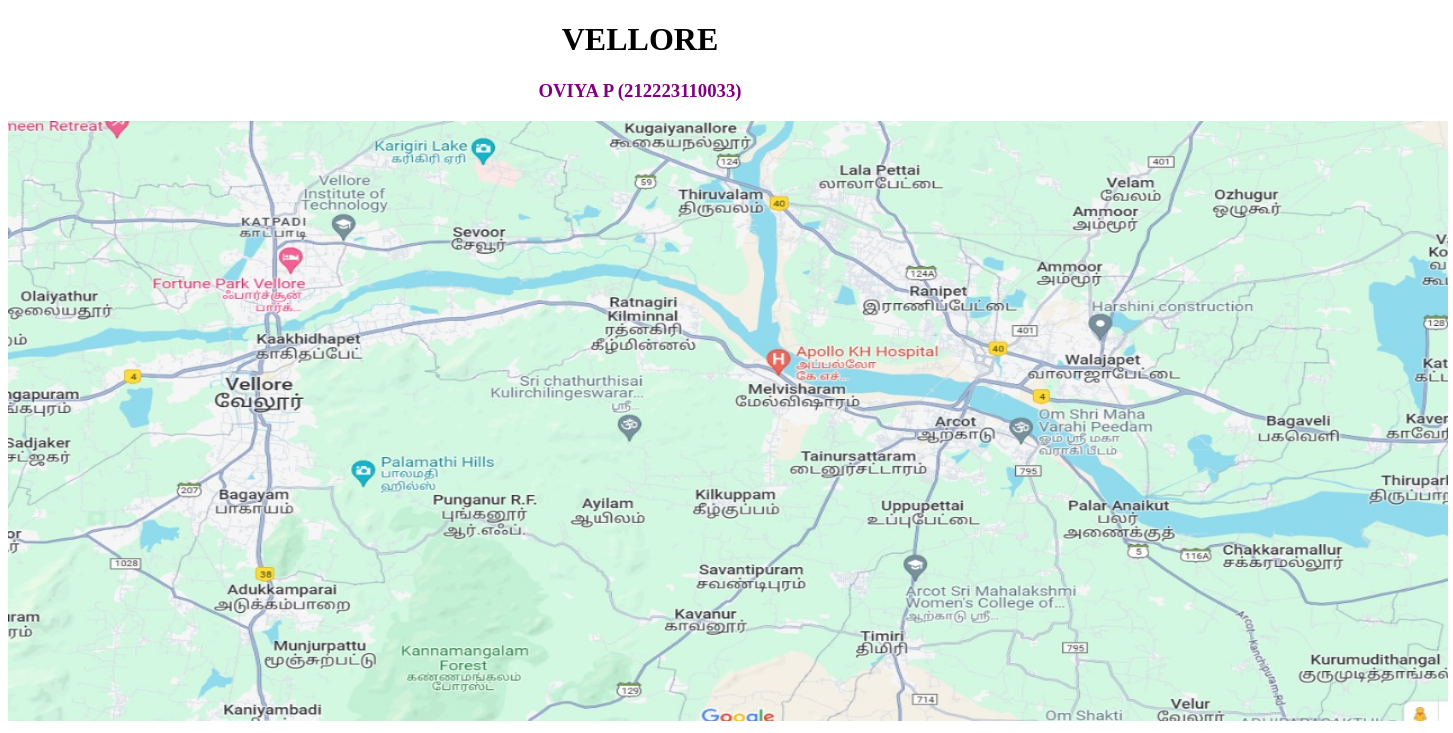
Repository: Oviya24032K6/NearMe
Page: ovi/surveyapp/static/map.html
The author's editor kept a copy of each file at every save. The page is drawn from the files as they stood at one save, then again after the next save.
The browser window is 1280 px wide. The page is 1448 px wide, then 1453 px, so the pictures cover 1453 px, including what lies to the right of the window. The pictures show the whole page.

Above is the page before, as saved 2024-03-25 22:18:35.

After the next save:
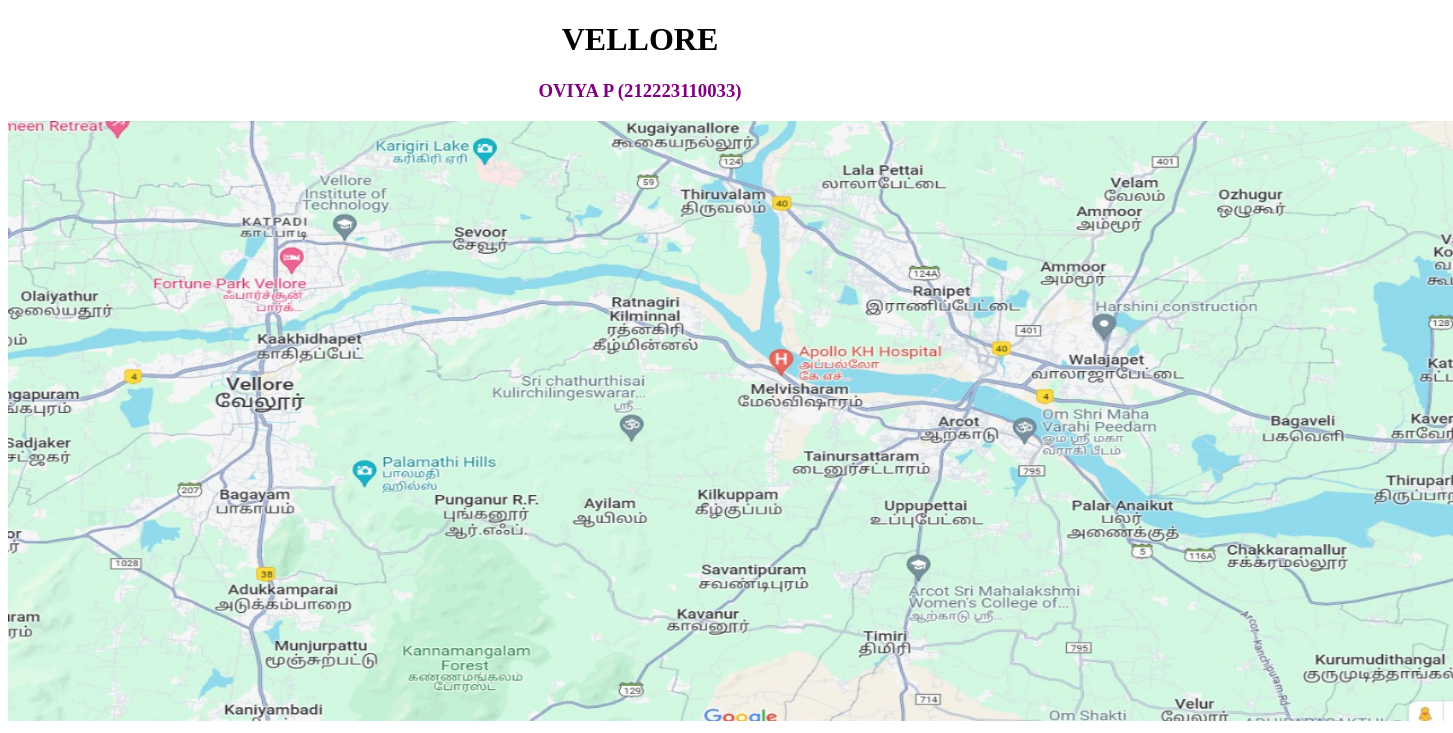
Saved 20 s later.
--- a/ovi/surveyapp/static/map.html
+++ b/ovi/surveyapp/static/map.html
@@ -12,7 +12,7 @@
         <font color="purple"><b> OVIYA P (212223110033)</b></font>
     </h3>
     <!-- Image Map Generated by c:\Users\poviy\Music\map1.jpg-->
-    <img src="destination.jpg"  height="600" width="1440" usemap="#image-map">
+    <img src="destination.jpg"  height="600" width="1445" usemap="#image-map">
     <map name="image-map">
         <area target="_blank" alt="VIT UNIVERSITY" title="VIT UNIVERSITY" href="VIT UNIVERSITY.html" coords="1204,937,950,805" shape="rect">
         <area target="_blank" alt="VELLORE FORT" title="VELLORE FORT" href="VELLORE FORT.html" coords="1637,383,1364,255" shape="rect">
